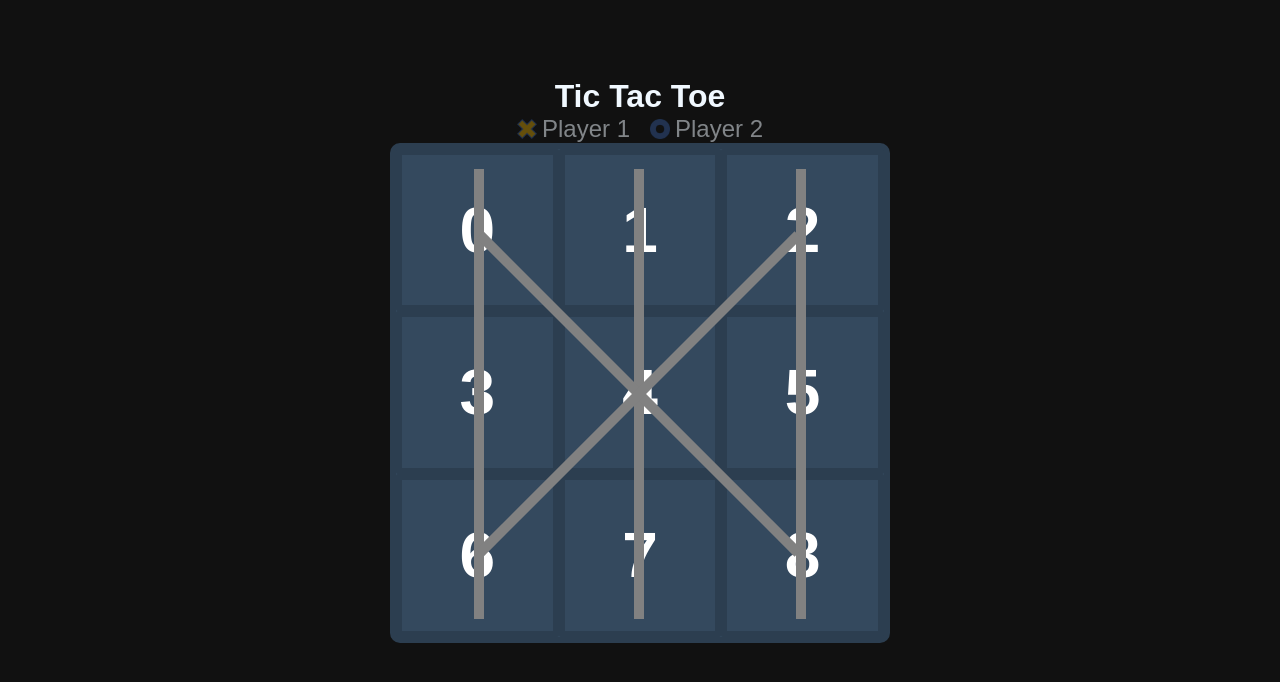
Repository: richardlieknis/tictactoe
Page: index.html
An editor plug-in stored every save of this project. The page is shown before and after the next save, followed by the edit.
The browser window is 1280 px wide. The pictures show the whole page.

Above is the page before, as saved 2022-12-08 14:57:27.

### index.html
<!DOCTYPE html>
<html lang="en">

<head>
    <meta charset="UTF-8" />
    <meta http-equiv="X-UA-Compatible" content="IE=edge" />
    <meta name="viewport" content="width=device-width, initial-scale=1.0" />
    <title>TicTacToe</title>
    <link rel="stylesheet" href="css/style.css" />
    <link rel="stylesheet" href="css/mobile.css" />

    <script src="main.js"></script>
</head>

<body>
    <div class="maincontainer">
        <h1>Tic Tac Toe</h1>
        <div class="players">
            <div id="player1" class="inactive">
                <img src="src/img/cross.png" /> Player 1
            </div>
            <div id="player2" class="inactive">
                <img src="src/img/circle.png" /> Player 2
            </div>
        </div>
        <div class="gameField">
            <div class="box" id="0" onclick="playerPlace(0)">0</div>
            <div class="box" id="1" onclick="playerPlace(1)">1</div>
            <div class="box" id="2" onclick="playerPlace(2)">2</div>
            <div class="box" id="3" onclick="playerPlace(3)">3</div>
            <div class="box" id="4" onclick="playerPlace(4)">4</div>
            <div class="box" id="5" onclick="playerPlace(5)">5</div>
            <div class="box" id="6" onclick="playerPlace(6)">6</div>
            <div class="box" id="7" onclick="playerPlace(7)">7</div>
            <div class="box" id="8" onclick="playerPlace(8)">8</div>
            <div class="lines">
                <div id="line0" class="line" style="top: 75px; left: 20px"></div>
                <div id="line1" class="line" style="top: 240px; left: 20px"></div>
                <div id="line2" class="line" style="top: 400px; left: 20px"></div>
                <div id="line3" class="line" style="top: 240px; right: 180px; transform: rotate(90deg)"></div>
                <div id="line4" class="line" style="top: 240px; right: 20px; transform: rotate(90deg)"></div>
                <div id="line5" class="line" style="top: 240px; left: 180px; transform: rotate(90deg)"></div>
                <div id="line6" class="line" style="top: 240px; right: 20px; transform: rotate(45deg)"></div>
                <div id="line7" class="line" style="top: 240px; right: 20px; transform: rotate(-45deg)"></div>
            </div>
        </div>
    </div>
</body>

</html>

### css/style.css
* {
    margin: 0;
    padding: 0;
    box-sizing: border-box;
}

body {
    font-family: sans-serif;
    color: aliceblue;
    background-color: #111;
}

.players {
    display: flex;
    align-items: center;
    justify-content: center;
    gap: 20px;
}

#player1,
#player2 {
    display: flex;
    align-items: center;
    gap: 5px;
    font-size: 24px;
}

.inactive {
    opacity: 0.5;
}

.players img {
    width: 20px;
}

.maincontainer {
    display: flex;
    justify-content: center;
    align-items: center;
    flex-direction: column;
    height: 100vh;
}

.gameField {
    position: relative;
    width: 500px;
    height: 500px;
    margin: 0 auto;
    background-color: #34495e;
    color: #fff;
    border: 6px solid #2c3e50;
    border-radius: 10px;
    display: grid;
    grid-template: repeat(3, 1fr) / repeat(3, 1fr);
}

.box {
    border: 6px solid #2c3e50;
    border-radius: 2px;
    font-family: Helvetica;
    font-weight: bold;
    font-size: 4em;
    display: flex;
    justify-content: center;
    align-items: center;
    cursor: pointer;
}

.box:hover {
    background-color: #416080;
}

.line {
    position: absolute;
    width: 450px;
    height: 10px;
    background-color: rgb(129, 129, 129);
    transform: scaleX(0);
    transition: scaleX 1s ease-in-out;
}

#line0 {}

### main.js
const circle = document.getElementById('circle');
const cross = document.getElementById('cross');
const gameover = document.getElementById('gameover');

let fields = [0, 1, 2, 3, 4, 5, 6, 7, 8];
let currentPlayer = 'cross';
let win = false;

let winFields = [
    [0, 1, 2],
    [3, 4, 5],
    [6, 7, 8],
    [0, 3, 6],
    [1, 4, 7],
    [2, 5, 8],
    [0, 4, 8],
    [2, 4, 6]
]

function playerPlace(id) {
    let fieldHtml = document.getElementById(id);
    if (fields[id] < 9 && !win) {
        if (currentPlayer === 'circle') {
            fields[id] = 'circle';
            fieldHtml.innerHTML = `<img src="src/img/circle.png">`;
            checkWin();
            currentPlayer = 'cross';
            document.getElementById('player1').classList.remove('inactive');
            document.getElementById('player2').classList.add('inactive');
        } else if (currentPlayer === 'cross') {
            fields[id] = 'cross';
            fieldHtml.innerHTML = `<img src="src/img/cross.png">`;
            checkWin();
            currentPlayer = 'circle';
            document.getElementById('player2').classList.remove('inactive');
            document.getElementById('player1').classList.add('inactive');
        }
    }
}

function checkWin() {
    for (let i = 0; i < winFields.length; i++) {
        if (fields[winFields[i][0]] === fields[winFields[i][1]] &&
            fields[winFields[i][1]] === fields[winFields[i][2]]) {
            console.log("GEWONNEN:", currentPlayer);
            win = true;
        }
    }

}

function resetGame() {
    win = false;
    for (let i = 0; i < 9; i++) {
        let fieldHtml = document.getElementById(i);
        fields = [0, 1, 2, 3, 4, 5, 6, 7, 8];
        fieldHtml.innerHTML = "";
    }
}

Loaded but not shown: css/mobile.css (no stored copy; drawn as an empty file)

After the next save:
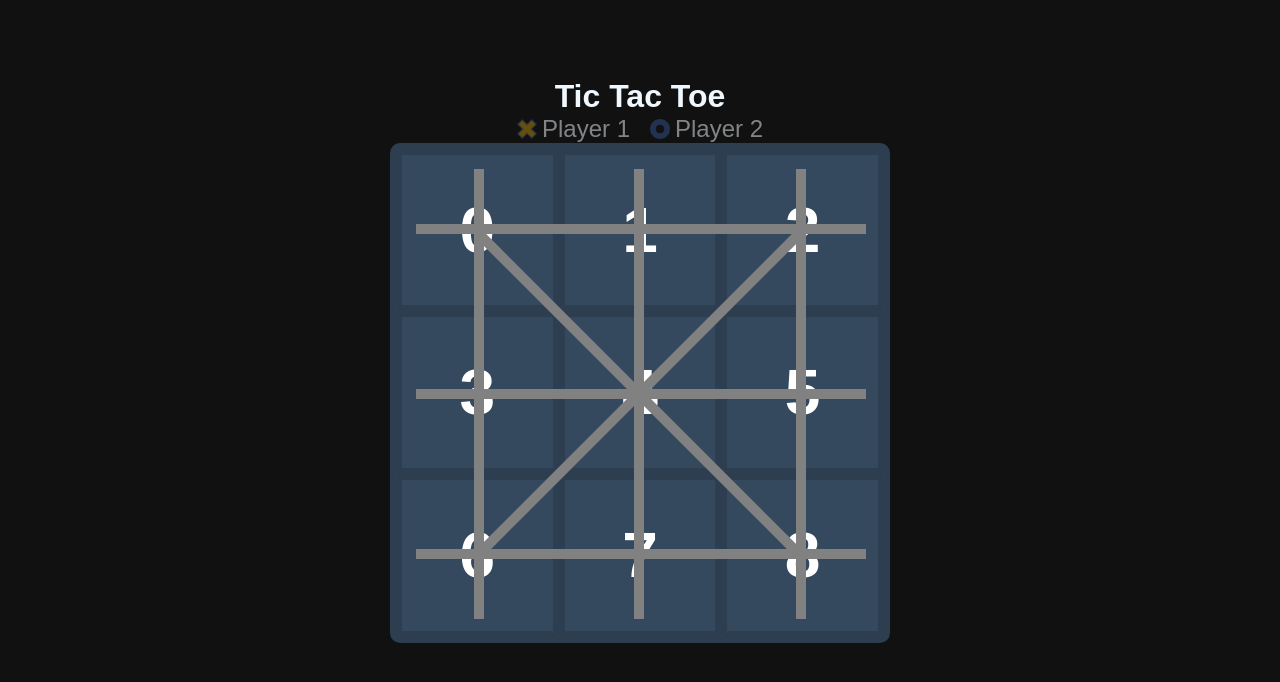
Saved 9 s later.
--- a/css/style.css
+++ b/css/style.css
@@ -75,7 +75,7 @@
     width: 450px;
     height: 10px;
     background-color: rgb(129, 129, 129);
-    transform: scaleX(0);
+    transform: scaleX(1);
     transition: scaleX 1s ease-in-out;
 }
 

After the save that followed:
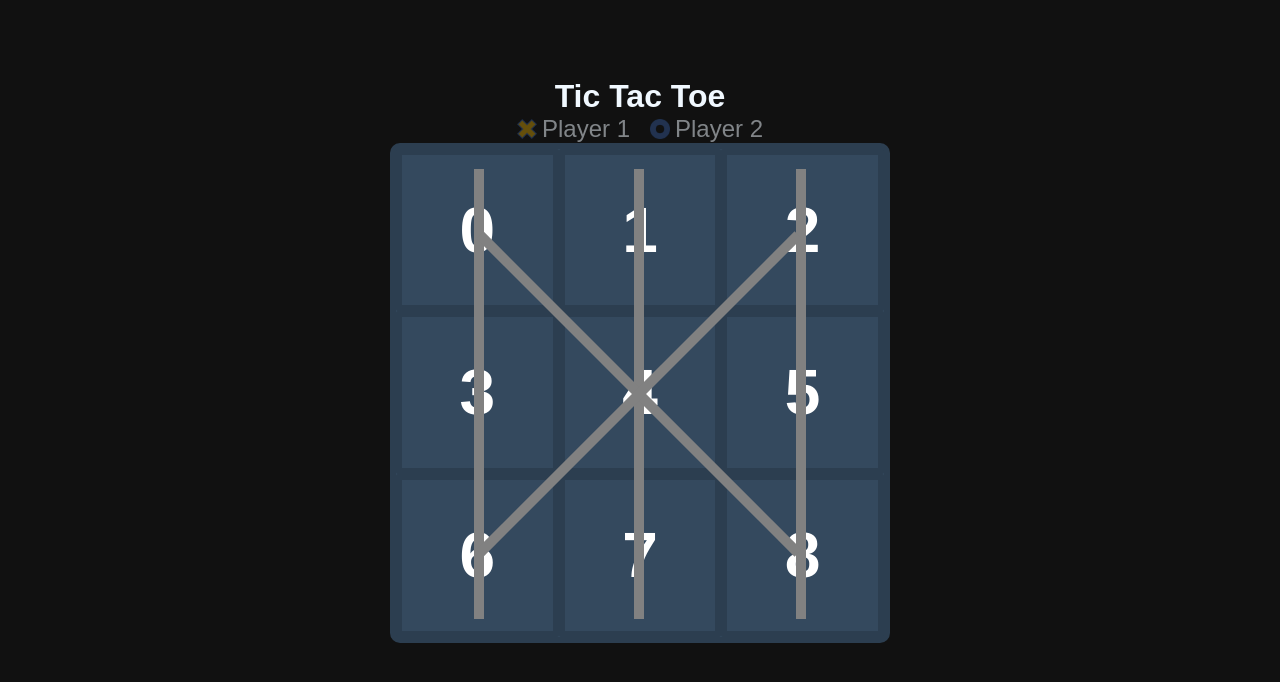
Saved 8 s later.
--- a/css/style.css
+++ b/css/style.css
@@ -75,7 +75,7 @@
     width: 450px;
     height: 10px;
     background-color: rgb(129, 129, 129);
-    transform: scaleX(1);
+    transform: scaleX(0);
     transition: scaleX 1s ease-in-out;
 }
 
